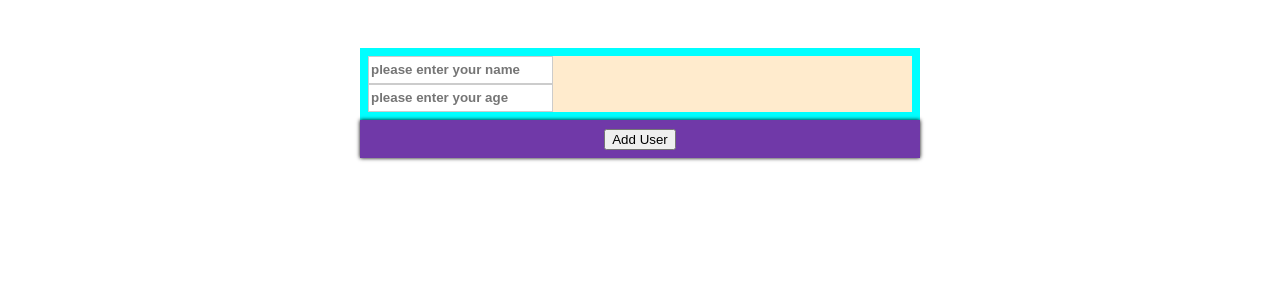
Repository: NamalPathirana/section-eight
Page: /
An editor plug-in stored every save of this project. The page is shown before and after a run of saves, followed by the edit.
The browser window is 1280 px wide. The pictures show the whole page.
The project was rebuilt for these pictures with package versions that can differ from the ones it lists, and the page was loaded fresh each time.

Above is the page before, as saved 2021-11-25 21:48:43.

### src/App.js
import logo from './logo.svg';
import './App.css';
import UserInput from './Components/UserInput/UserInput';

function App() {
  return (
    <div className="App">
      <section>
      <UserInput></UserInput>
      </section>
    </div>
  );
}

export default App;

### src/App.css
.App {
  text-align: center;
  display: flex;
  flex-direction: column;
  width: 35rem;
  max-width: 90%;
  margin: 3rem auto;
  background-color: aqua;
}

### src/Components/UserInput/UserInput.js
import Button from '../../UI/Button/Button';
import styles from './UserInput.module.css'

const UserInput = () => {
    return (
        <form>
        <div className={styles.frame}>
            <input placeholder='please enter your name'/>
            <input placeholder='please enter your age'/>
        </div>
        <Button name='Add User'></Button>
        </form>
    );
};

export default UserInput;

### src/UI/Button/Button.js
import styles from './Button.module.css'

const Button = (props) => {

    return(
        <div className={styles.button} >
            <button >
               {props.name}
            </button>
        </div>
    )
}

export default Button;

### src/Components/UserInput/UserInput.module.css
.frame{
    margin: 0.5rem 0.5rem;
    background-color: blanchedalmond;
}

.frame input{
    display: block;
    font-weight: bold;
    border: 1px solid #ccc;
    line-height: 1.5rem;
    padding: 100 0.25rm;
}

### src/UI/Button/Button.module.css
.button{
    font: inherit;
    padding: 0.5rem 1.5rem;
    background-color: rgb(112, 57, 168);
    color:white;
    box-shadow: 0 0 4px black;
    cursor: pointer;
}

.button:focus{
    outline: none;
}

.button:hover,.button:active{
    background-color: rgb(185, 140, 231);
    border-color: rgb(185, 140, 231);
    box-shadow: 0 0 8px black;
}

Loaded but not shown: public/index.html (common file); src/index.js (common file); src/index.css (common file); src/reportWebVitals.js (common file)

After the next 2 saves:
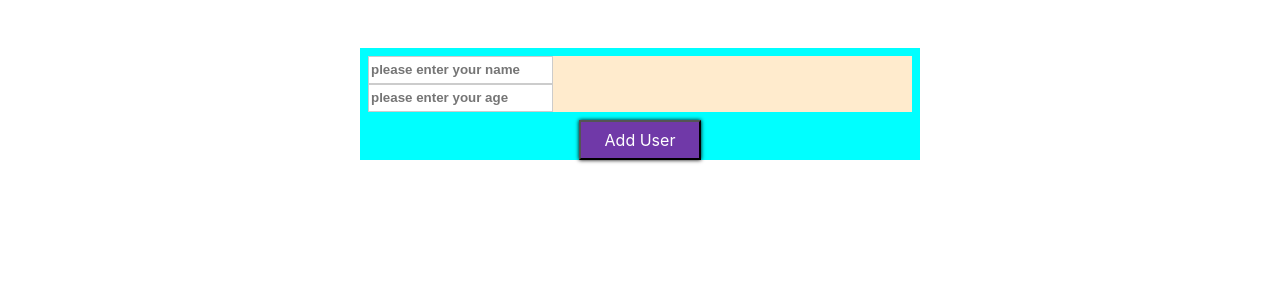
The 2 saves are shown as one change because they came seconds apart.
The last was saved 8 s later.
--- a/src/UI/Button/Button.js
+++ b/src/UI/Button/Button.js
@@ -3,8 +3,8 @@ import styles from './Button.module.css'
 const Button = (props) => {
 
     return(
-        <div className={styles.button} >
-            <button >
+        <div>
+            <button className={styles.button}>
                {props.name}
             </button>
         </div>
